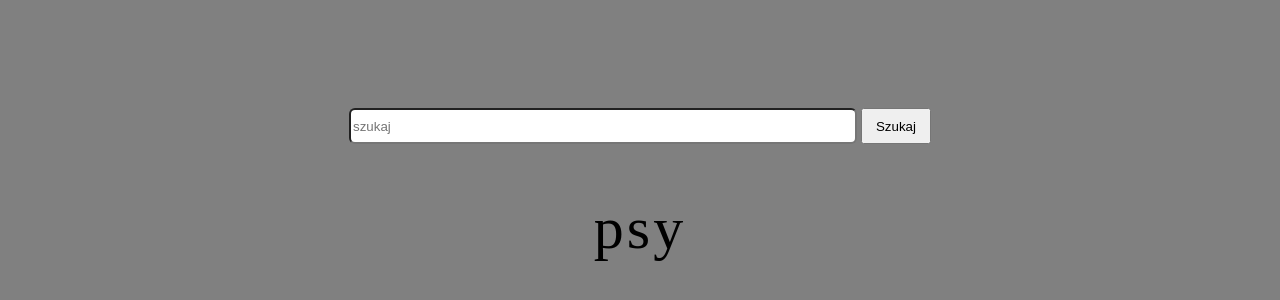
Repository: kq333/wyszukiarka-filmowa
Page: index.html
These files come from the project's save history. The page is drawn as it stood at one moment and after the next save; the edit follows.
The browser window is 1280 px wide. The pictures show the whole page.
The style sheet was rebuilt from its Sass, Less or Tailwind sources for each picture, by a compiler version that may differ from the author's.

Above is the page before, as saved 2021-01-20 12:44:44.

### index.html
<!DOCTYPE html>
<!--[if lt IE 7]>      <html class="no-js lt-ie9 lt-ie8 lt-ie7"> <![endif]-->
<!--[if IE 7]>         <html class="no-js lt-ie9 lt-ie8"> <![endif]-->
<!--[if IE 8]>         <html class="no-js lt-ie9"> <![endif]-->
<!--[if gt IE 8]>      <html class="no-js"> <!--<![endif]-->
<html>
    <head>
        <meta charset="utf-8">
        <meta http-equiv="X-UA-Compatible" content="IE=edge">
        <title></title>
        <meta name="description" content="">
        <meta name="viewport" content="width=device-width, initial-scale=1">
        <link rel="stylesheet" href="style/style.css">
    </head>


    <body>
        <!--[if lt IE 7]>
            <p class="browsehappy">You are using an <strong>outdated</strong> browser. Please <a href="#">upgrade your browser</a> to improve your experience.</p>
        <![endif]-->

        <main>
            <div id="container">
                    <div class="searchBar">
                        <input id="search" type="text" placeholder="szukaj" onfocus="this.value=''">
                        <button id="btn">Szukaj</button>
                    </div>

                        <div class="movieTitle">psy</div>

                            <div class="mainContent">
                                <div class="leftSide">
                                    <div class="poster"></div>
                                </div>

                                    <div class="rightSide">
                                        <div class="director">
                                            <span class="Name"></span>
                                            <span class="DirectorName"></span>
                                        </div>
                                            <div class="Actors">
                                                <span class="Name"></span>
                                                <span class="ActorsName"></span>
                                            </div>
                                                <div class="Country">
                                                    <span class="Name"></span>
                                                    <span class="CountryName"></span>
                                                </div>
                                                    <div class="Year">
                                                        <span class="Name"></span>
                                                        <span class="YearName"></span>
                                                    </div>
                                                        <div class="Genre">
                                                            <span class="Name"></span>
                                                            <span class="GenreName"></span>
                                                        </div>
                                                            <div class="Plote">
                                                                <span class="Name"></span>
                                                                <span class="PloteName"></span>
                                                            </div>
                                    </div>
                            </div>
            </div>

            <footer>
                <div class="description"></div>
            </footer>
        </main>

        <script src="script.js" async>

        </script>
    </body>
</html>

### script.js
const btn = document.getElementById("btn");



btn.addEventListener('click', ()=>{

 document.getElementById("image").innerHTML ="";


 const search = document.getElementById("search").value;

 const url =   'http://www.omdbapi.com/?apikey=7bd5b2c8&t=';

//   const url = 'http://api.tvmaze.com/search/shows?q=';


  const result  = url + search;
  fetch(result)

  .then((res)=>{
      return res.json();
  })
  .then((data)=>{
     document.getElementById("demo").innerHTML = data.Title;
      console.log(data)
      console.log(data.Actors)
      console.log(data.Poster)
      let poster = data.Poster

      imageCreate = () =>{
          const elem = document.createElement("img")
          document.getElementById("image").appendChild(elem);
          elem.src = poster;
      }
      imageCreate();



  })
})

### style/style.scss
body{
    background-color: grey;
}

#container{
    width:1000px;
    height: auto;
    margin:auto;
    display:grid;
    grid-template-columns: auto;
    grid-template-areas:"searchBar"
                        "movieTitle"

                        ;





.searchBar{
    grid-area:searchBar;
    margin:auto;
    margin-top:100px;

    #search{
        width: 500px;
        height: 30px;
        border-radius: 6px;
    }

    #btn{
        width: 70px;
        height: 36px;
    }


}

.movieTitle{
    grid-area: movieTitle;
    margin:auto;
    margin-top:50px;
    font-size: 60px;
    letter-spacing: 3px;
}












}

After the next save:
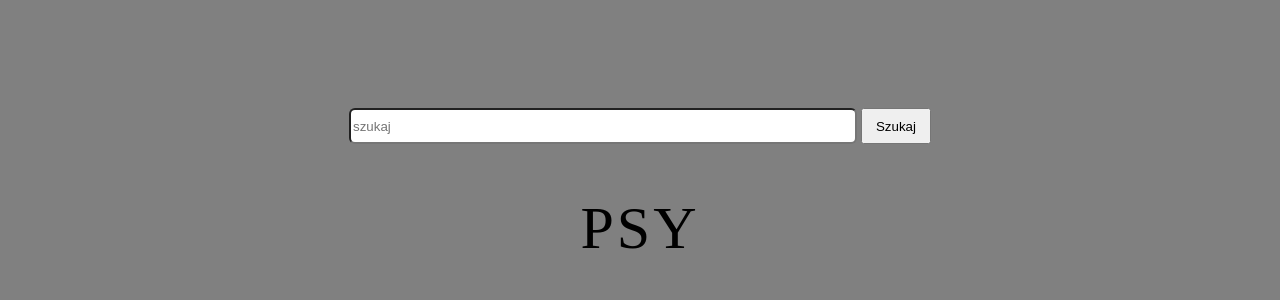
Saved 11 s later.
--- a/style/style.scss
+++ b/style/style.scss
@@ -42,6 +42,7 @@ body{
     margin-top:50px;
     font-size: 60px;
     letter-spacing: 3px;
+    text-transform: uppercase;
 }
 
 
